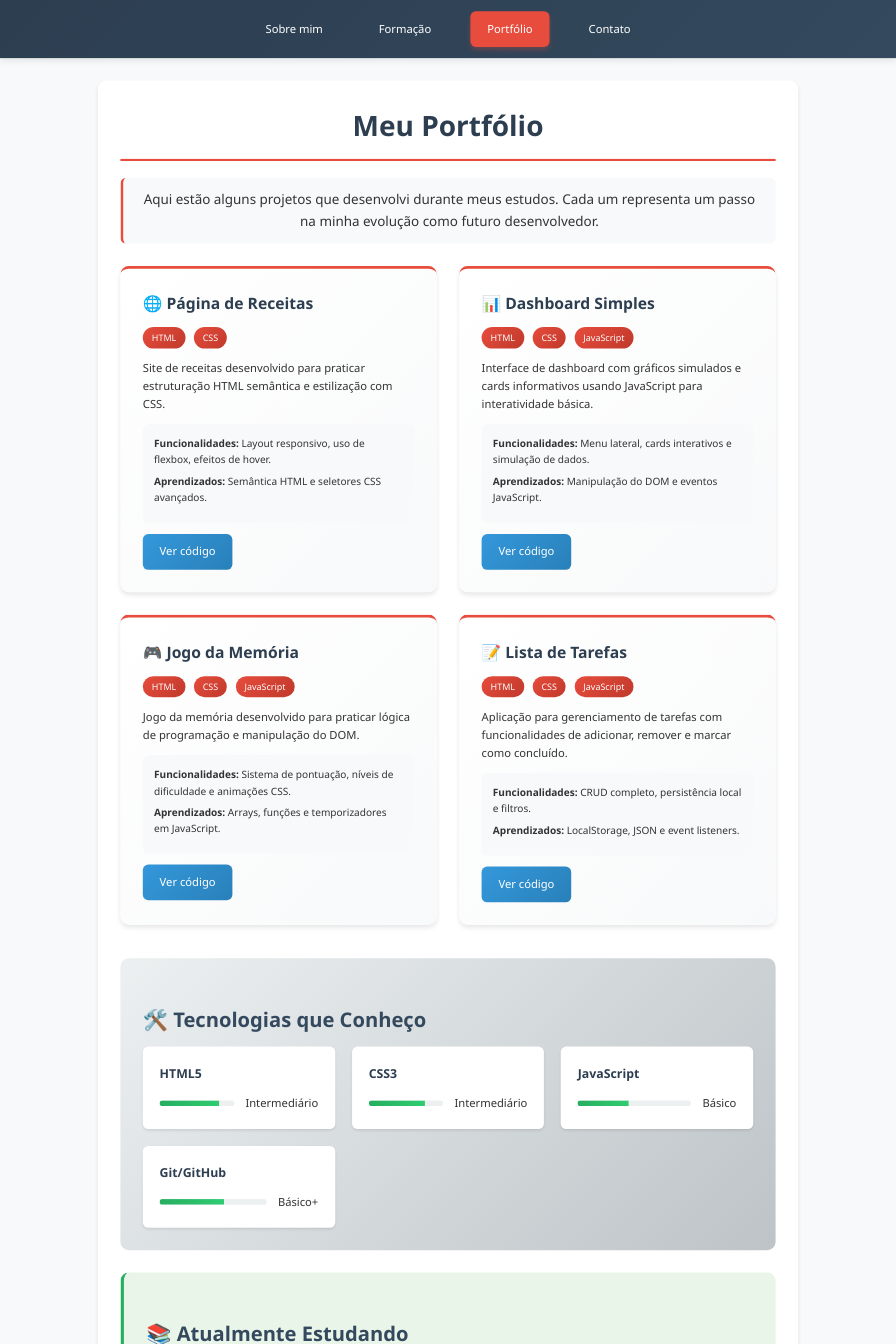
Repository: AnderHonorato/meu-portfolio
Page: portfolio.html
An editor plug-in stored every save of this project. The page is shown before and after the next save, followed by the edit.
The browser window is 1280 px wide. The pictures show the part of the page from y = 0 to 1920 px (the page is 2245 px tall before and 2876 px after), at 70% of full size.

Above is the page before, as saved 2025-08-26 20:17:13.

### portfolio.html
<!DOCTYPE html>
<html lang="pt-br">
<head>
    <meta charset="UTF-8">
    <meta name="viewport" content="width=device-width, initial-scale=1.0">
    <title>Portfólio - Ander Honorato</title>
    <link rel="stylesheet" href="css/style.css">
</head>
<body>
    <!-- MENU -->
    <nav class="menu">
        <ul>
            <li><a href="index.html">Sobre mim</a></li>
            <li><a href="formacao.html">Formação</a></li>
            <li><a href="portfolio.html" class="ativo">Portfólio</a></li>
            <li><a href="contato.html">Contato</a></li>
        </ul>
    </nav>

    <!-- CONTEÚDO ESPECÍFICO DA PÁGINA DE PORTFÓLIO -->
    <main class="conteudo">
        <h1>Meu Portfólio</h1>

        <p class="intro-portfolio">Aqui estão alguns projetos que desenvolvi durante meus estudos. Cada um representa um passo na minha evolução como futuro desenvolvedor.</p>

        <!-- GRID DE PROJETOS -->
        <div class="projetos-grid">
            <div class="projeto-item">
                <h3>🌐 Página de Receitas</h3>
                <div class="tags-projeto">
                    <span class="tag">HTML</span>
                    <span class="tag">CSS</span>
                </div>
                <p>Site de receitas desenvolvido para praticar estruturação HTML semântica e estilização com CSS.</p>
                <div class="projeto-detalhes">
                    <p><strong>Funcionalidades:</strong> Layout responsivo, uso de flexbox, efeitos de hover.</p>
                    <p><strong>Aprendizados:</strong> Semântica HTML e seletores CSS avançados.</p>
                </div>
                <a href="#" class="btn-projeto">Ver código</a>
            </div>

            <div class="projeto-item">
                <h3>📊 Dashboard Simples</h3>
                <div class="tags-projeto">
                    <span class="tag">HTML</span>
                    <span class="tag">CSS</span>
                    <span class="tag">JavaScript</span>
                </div>
                <p>Interface de dashboard com gráficos simulados e cards informativos usando JavaScript para interatividade básica.</p>
                <div class="projeto-detalhes">
                    <p><strong>Funcionalidades:</strong> Menu lateral, cards interativos e simulação de dados.</p>
                    <p><strong>Aprendizados:</strong> Manipulação do DOM e eventos JavaScript.</p>
                </div>
                <a href="#" class="btn-projeto">Ver código</a>
            </div>

            <div class="projeto-item">
                <h3>🎮 Jogo da Memória</h3>
                <div class="tags-projeto">
                    <span class="tag">HTML</span>
                    <span class="tag">CSS</span>
                    <span class="tag">JavaScript</span>
                </div>
                <p>Jogo da memória desenvolvido para praticar lógica de programação e manipulação do DOM.</p>
                <div class="projeto-detalhes">
                    <p><strong>Funcionalidades:</strong> Sistema de pontuação, níveis de dificuldade e animações CSS.</p>
                    <p><strong>Aprendizados:</strong> Arrays, funções e temporizadores em JavaScript.</p>
                </div>
                <a href="#" class="btn-projeto">Ver código</a>
            </div>

            <div class="projeto-item">
                <h3>📝 Lista de Tarefas</h3>
                <div class="tags-projeto">
                    <span class="tag">HTML</span>
                    <span class="tag">CSS</span>
                    <span class="tag">JavaScript</span>
                </div>
                <p>Aplicação para gerenciamento de tarefas com funcionalidades de adicionar, remover e marcar como concluído.</p>
                <div class="projeto-detalhes">
                    <p><strong>Funcionalidades:</strong> CRUD completo, persistência local e filtros.</p>
                    <p><strong>Aprendizados:</strong> LocalStorage, JSON e event listeners.</p>
                </div>
                <a href="#" class="btn-projeto">Ver código</a>
            </div>
        </div>

        <!-- SEÇÃO DE HABILIDADES TÉCNICAS -->
        <div class="habilidades-secao">
            <h2>🛠️ Tecnologias que Conheço</h2>
            <div class="habilidades-grid">
                <div class="habilidade-item">
                    <h4>HTML5</h4>
                    <div class="nivel-habilidade">
                        <div class="barra-habilidade">
                            <div class="progresso-habilidade" style="width: 80%"></div>
                        </div>
                        <span>Intermediário</span>
                    </div>
                </div>
                <div class="habilidade-item">
                    <h4>CSS3</h4>
                    <div class="nivel-habilidade">
                        <div class="barra-habilidade">
                            <div class="progresso-habilidade" style="width: 75%"></div>
                        </div>
                        <span>Intermediário</span>
                    </div>
                </div>
                <div class="habilidade-item">
                    <h4>JavaScript</h4>
                    <div class="nivel-habilidade">
                        <div class="barra-habilidade">
                            <div class="progresso-habilidade" style="width: 45%"></div>
                        </div>
                        <span>Básico</span>
                    </div>
                </div>
                <div class="habilidade-item">
                    <h4>Git/GitHub</h4>
                    <div class="nivel-habilidade">
                        <div class="barra-habilidade">
                            <div class="progresso-habilidade" style="width: 60%"></div>
                        </div>
                        <span>Básico+</span>
                    </div>
                </div>
            </div>
        </div>

        <!-- SEÇÃO DE ESTUDOS ATUAIS -->
        <div class="estudos-atuais">
            <h2>📚 Atualmente Estudando</h2>
            <ul class="lista-estudos">
                <li>🎯 Aprofundamento em JavaScript</li>
                <li>🎨 CSS Grid e Flexbox</li>
                <li>📱 Design responsivo e mobile-first</li>
                <li>🔧 Ferramentas de desenvolvimento (DevTools)</li>
                <li>🌐 Conceitos de API e consumo de dados</li>
            </ul>
        </div>
    </main>
</body>
</html>

### css/style.css
/* Reset básico e configurações globais */
* {
    margin: 0;
    padding: 0;
    box-sizing: border-box;
}

/* Configurações do corpo da página */
body {
    font-family: 'Segoe UI', Tahoma, Geneva, Verdana, sans-serif;
    line-height: 1.6;
    color: #333;
    background-color: #f8f9fa;
}

/* Menu de navegação - SEMPRE VISÍVEL */
.menu {
    background: linear-gradient(135deg, #2c3e50, #34495e);
    padding: 1rem 0;
    position: sticky; /* Menu fica fixo no topo ao rolar */
    top: 0;
    z-index: 1000; /* Garante que fica por cima de outros elementos */
    box-shadow: 0 2px 10px rgba(0,0,0,0.1);
}

.menu ul {
    list-style: none;
    display: flex;
    justify-content: center;
    gap: 2rem;
    max-width: 1200px;
    margin: 0 auto;
    padding: 0 1rem;
}

.menu a {
    color: white;
    text-decoration: none;
    padding: 0.8rem 1.5rem;
    border-radius: 8px;
    transition: all 0.3s ease;
    display: block;
    font-weight: 500;
}

.menu a:hover {
    background-color: rgba(255, 255, 255, 0.1);
    transform: translateY(-2px);
}

.menu a.ativo {
    background-color: #e74c3c;
    box-shadow: 0 4px 8px rgba(231, 76, 60, 0.3);
}

/* Conteúdo principal */
.conteudo {
    max-width: 1000px;
    margin: 2rem auto;
    padding: 0 1rem;
    background-color: white;
    border-radius: 12px;
    box-shadow: 0 4px 6px rgba(0,0,0,0.1);
    padding: 2rem;
}

.conteudo h1 {
    color: #2c3e50;
    margin-bottom: 1.5rem;
    text-align: center;
    font-size: 2.5rem;
    border-bottom: 3px solid #e74c3c;
    padding-bottom: 1rem;
}

.conteudo h2 {
    color: #34495e;
    margin: 2rem 0 1rem 0;
    font-size: 1.8rem;
}

/* === ESTILOS PÁGINA SOBRE MIM === */
.sobre-container {
    display: grid;
    grid-template-columns: 250px 1fr;
    gap: 2rem;
    margin-top: 2rem;
}

.foto-perfil {
    text-align: center;
}

.placeholder-foto {
    width: 200px;
    height: 200px;
    border-radius: 50%;
    background: linear-gradient(135deg, #e74c3c, #c0392b);
    display: flex;
    align-items: center;
    justify-content: center;
    color: white;
    font-weight: bold;
    margin: 0 auto;
    box-shadow: 0 8px 16px rgba(231, 76, 60, 0.3);
}

.foto-perfil img {
    width: 200px;
    height: 200px;
    border-radius: 50%;
    object-fit: cover;
    box-shadow: 0 8px 16px rgba(0,0,0,0.2);
}

.texto-sobre {
    flex: 1;
}

.texto-sobre p {
    margin-bottom: 1rem;
    text-align: justify;
    font-size: 1.1rem;
}

.lista-hobbies {
    list-style: none;
    margin: 1rem 0;
}

.lista-hobbies li {
    padding: 0.5rem 0;
    font-size: 1.1rem;
    border-bottom: 1px solid #eee;
    transition: all 0.3s ease;
}

.lista-hobbies li:hover {
    background-color: #f8f9fa;
    padding-left: 1rem;
    border-left: 4px solid #e74c3c;
}

.info-adicional {
    margin-top: 3rem;
    padding: 2rem;
    background: linear-gradient(135deg, #ecf0f1, #bdc3c7);
    border-radius: 12px;
}

/* === ESTILOS PÁGINA FORMAÇÃO === */
.formacao-secao {
    margin-bottom: 3rem;
}

.item-formacao {
    background: linear-gradient(135deg, #f8f9fa, #e9ecef);
    padding: 2rem;
    border-radius: 12px;
    margin-bottom: 1.5rem;
    border-left: 5px solid #e74c3c;
    transition: transform 0.3s ease;
}

.item-formacao:hover {
    transform: translateY(-5px);
    box-shadow: 0 8px 16px rgba(0,0,0,0.1);
}

.item-formacao h3 {
    color: #2c3e50;
    margin-bottom: 1rem;
    font-size: 1.3rem;
}

.item-formacao p {
    margin-bottom: 0.5rem;
}

.lista-idiomas {
    list-style: none;
}

.lista-idiomas li {
    padding: 1rem 0;
    border-bottom: 1px solid #ddd;
}

.lista-idiomas li:last-child {
    border-bottom: none;
}

.nivel-idioma {
    margin-top: 0.5rem;
}

.barra-progresso {
    width: 100%;
    height: 8px;
    background-color: #ecf0f1;
    border-radius: 4px;
    overflow: hidden;
    margin: 0.5rem 0;
}

.progresso {
    height: 100%;
    background: linear-gradient(90deg, #e74c3c, #c0392b);
    transition: width 0.3s ease;
}

.descricao-nivel {
    font-size: 0.9rem;
    color: #7f8c8d;
    font-style: italic;
}

.proximos-estudos ul {
    list-style: none;
    display: grid;
    grid-template-columns: repeat(auto-fit, minmax(250px, 1fr));
    gap: 1rem;
}

.proximos-estudos li {
    background-color: #fff3cd;
    padding: 1rem;
    border-radius: 8px;
    border-left: 4px solid #ffc107;
    font-weight: 500;
}

/* === ESTILOS PÁGINA PORTFÓLIO === */
.intro-portfolio {
    text-align: center;
    font-size: 1.2rem;
    margin-bottom: 2rem;
    padding: 1rem;
    background-color: #f8f9fa;
    border-radius: 8px;
    border-left: 4px solid #e74c3c;
}

.projetos-grid {
    display: grid;
    grid-template-columns: repeat(auto-fit, minmax(350px, 1fr));
    gap: 2rem;
    margin-bottom: 3rem;
}

.projeto-item {
    background: linear-gradient(135deg, #ffffff, #f8f9fa);
    padding: 2rem;
    border-radius: 12px;
    box-shadow: 0 4px 8px rgba(0,0,0,0.1);
    transition: all 0.3s ease;
    border-top: 4px solid #e74c3c;
}

.projeto-item:hover {
    transform: translateY(-8px);
    box-shadow: 0 12px 24px rgba(0,0,0,0.15);
}

.projeto-item h3 {
    color: #2c3e50;
    margin-bottom: 1rem;
    font-size: 1.4rem;
}

.tags-projeto {
    margin-bottom: 1rem;
}

.tag {
    display: inline-block;
    background: linear-gradient(135deg, #e74c3c, #c0392b);
    color: white;
    padding: 0.3rem 0.8rem;
    border-radius: 20px;
    font-size: 0.8rem;
    margin-right: 0.5rem;
    font-weight: 500;
}

.projeto-detalhes {
    margin: 1rem 0;
    padding: 1rem;
    background-color: #f8f9fa;
    border-radius: 8px;
}

.projeto-detalhes p {
    margin-bottom: 0.5rem;
    font-size: 0.9rem;
}

.btn-projeto {
    display: inline-block;
    background: linear-gradient(135deg, #3498db, #2980b9);
    color: white;
    padding: 0.8rem 1.5rem;
    text-decoration: none;
    border-radius: 8px;
    transition: all 0.3s ease;
    font-weight: 500;
}

.btn-projeto:hover {
    transform: translateY(-2px);
    box-shadow: 0 4px 8px rgba(52, 152, 219, 0.3);
}

/* Habilidades técnicas */
.habilidades-secao {
    margin-top: 3rem;
    padding: 2rem;
    background: linear-gradient(135deg, #ecf0f1, #bdc3c7);
    border-radius: 12px;
}

.habilidades-grid {
    display: grid;
    grid-template-columns: repeat(auto-fit, minmax(250px, 1fr));
    gap: 1.5rem;
    margin-top: 1rem;
}

.habilidade-item {
    background-color: white;
    padding: 1.5rem;
    border-radius: 8px;
    box-shadow: 0 2px 4px rgba(0,0,0,0.1);
}

.habilidade-item h4 {
    color: #2c3e50;
    margin-bottom: 1rem;
    font-size: 1.1rem;
}

.nivel-habilidade {
    display: flex;
    align-items: center;
    gap: 1rem;
}

.barra-habilidade {
    flex: 1;
    height: 8px;
    background-color: #ecf0f1;
    border-radius: 4px;
    overflow: hidden;
}

.progresso-habilidade {
    height: 100%;
    background: linear-gradient(90deg, #27ae60, #2ecc71);
    transition: width 0.3s ease;
}

.estudos-atuais {
    margin-top: 2rem;
    padding: 2rem;
    background-color: #e8f5e8;
    border-radius: 12px;
    border-left: 5px solid #27ae60;
}

.lista-estudos {
    list-style: none;
    display: grid;
    grid-template-columns: repeat(auto-fit, minmax(300px, 1fr));
    gap: 1rem;
}

.lista-estudos li {
    padding: 1rem;
    background-color: white;
    border-radius: 8px;
    box-shadow: 0 2px 4px rgba(0,0,0,0.1);
    transition: transform 0.3s ease;
}

.lista-estudos li:hover {
    transform: translateX(10px);
}

/* === ESTILOS PÁGINA CONTATO === */
.intro-contato {
    text-align: center;
    font-size: 1.2rem;
    margin-bottom: 2rem;
    padding: 1rem;
    background: linear-gradient(135deg, #d4edda, #c3e6cb);
    border-radius: 8px;
    border-left: 4px solid #28a745;
}

.contato-container {
    display: grid;
    grid-template-columns: 2fr 1fr;
    gap: 3rem;
    margin-top: 2rem;
}

.formulario-contato {
    background-color: #f8f9fa;
    padding: 2rem;
    border-radius: 12px;
    box-shadow: 0 4px 8px rgba(0,0,0,0.1);
}

.formulario-contato h2 {
    color: #2c3e50;
    margin-bottom: 1.5rem;
    text-align: center;
}

.form-contato {
    display: flex;
    flex-direction: column;
    gap: 1.5rem;
}

.campo {
    display: flex;
    flex-direction: column;
}

.campo.checkbox {
    flex-direction: row;
    align-items: center;
    gap: 0.5rem;
}

.campo.checkbox input {
    width: auto;
}

.campo label {
    margin-bottom: 0.5rem;
    font-weight: 600;
    color: #2c3e50;
}

.campo input,
.campo textarea,
.campo select {
    padding: 0.8rem;
    border: 2px solid #ddd;
    border-radius: 8px;
    font-size: 1rem;
    transition: border-color 0.3s ease;
    font-family: inherit;
}

.campo input:focus,
.campo textarea:focus,
.campo select:focus {
    outline: none;
    border-color: #e74c3c;
    box-shadow: 0 0 0 3px rgba(231, 76, 60, 0.1);
}

.btn-enviar {
    background: linear-gradient(135deg, #e74c3c, #c0392b);
    color: white;
    padding: 1rem 2rem;
    border: none;
    border-radius: 8px;
    cursor: pointer;
    font-size: 1.1rem;
    font-weight: 600;
    transition: all 0.3s ease;
}

.btn-enviar:hover {
    transform: translateY(-2px);
    box-shadow: 0 4px 8px rgba(231, 76, 60, 0.3);
}

.mensagem-retorno {
    margin-top: 1rem;
    padding: 1rem;
    background-color: #d4edda;
    border: 1px solid #c3e6cb;
    border-radius: 8px;
    color: #155724;
    text-align: center;
    font-weight: 500;
}

/* Informações de contato */
.info-contato {
    background-color: white;
    padding: 2rem;
    border-radius: 12px;
    box-shadow: 0 4px 8px rgba(0,0,0,0.1);
    height: fit-content;
}

.info-contato h2 {
    color: #2c3e50;
    margin-bottom: 1.5rem;
    text-align: center;
}

.contato-item {
    margin-bottom: 2rem;
    padding: 1rem;
    background-color: #f8f9fa;
    border-radius: 8px;
    border-left: 4px solid #3498db;
}

.contato-item h3 {
    color: #2c3e50;
    margin-bottom: 0.5rem;
    font-size: 1.1rem;
}

.contato-item p {
    font-weight: 600;
    color: #34495e;
    margin-bottom: 0.3rem;
}

.contato-item small {
    color: #7f8c8d;
    font-style: italic;
}

.disponibilidade {
    padding: 1rem;
    background: linear-gradient(135deg, #fff3cd, #ffeaa7);
    border-radius: 8px;
    border-left: 4px solid #ffc107;
}

.disponibilidade h3 {
    color: #2c3e50;
    margin-bottom: 1rem;
}

.disponibilidade ul {
    list-style: none;
}

.disponibilidade li {
    padding: 0.3rem 0;
    color: #856404;
}

/* Dicas de contato */
.dicas-contato {
    margin-top: 3rem;
    padding: 2rem;
    background: linear-gradient(135deg, #e8f4fd, #d1ecf1);
    border-radius: 12px;
}

.dicas-grid {
    display: grid;
    grid-template-columns: repeat(auto-fit, minmax(250px, 1fr));
    gap: 1.5rem;
    margin-top: 1rem;
}

.dica-item {
    background-color: white;
    padding: 1.5rem;
    border-radius: 8px;
    box-shadow: 0 2px 4px rgba(0,0,0,0.1);
    transition: transform 0.3s ease;
}

.dica-item:hover {
    transform: translateY(-5px);
}

.dica-item h4 {
    color: #2c3e50;
    margin-bottom: 1rem;
}

.dica-item p {
    color: #34495e;
    font-size: 0.9rem;
}

/* === RESPONSIVIDADE === */
@media (max-width: 768px) {
    /* Menu responsivo */
    .menu ul {
        flex-wrap: wrap;
        gap: 0.5rem;
        justify-content: center;
    }

    .menu a {
        padding: 0.6rem 1rem;
        font-size: 0.9rem;
    }

    /* Conteúdo */
    .conteudo {
        margin: 1rem;
        padding: 1.5rem;
    }

    .conteudo h1 {
        font-size: 2rem;
    }

    /* Sobre mim responsivo */
    .sobre-container {
        grid-template-columns: 1fr;
        text-align: center;
        gap: 1.5rem;
    }

    /* Formação responsiva */
    .item-formacao {
        padding: 1.5rem;
    }

    /* Portfólio responsivo */
    .projetos-grid {
        grid-template-columns: 1fr;
        gap: 1.5rem;
    }

    .habilidades-grid {
        grid-template-columns: 1fr;
    }

    /* Contato responsivo */
    .contato-container {
        grid-template-columns: 1fr;
        gap: 2rem;
    }

    .dicas-grid {
        grid-template-columns: 1fr;
    }
}

@media (max-width: 480px) {
    .conteudo {
        padding: 1rem;
    }

    .conteudo h1 {
        font-size: 1.8rem;
    }

    .menu ul {
        flex-direction: column;
        gap: 0.3rem;
    }

    .projeto-item,
    .item-formacao,
    .formulario-contato {
        padding: 1rem;
    }
}

/* Animações e efeitos especiais */
@keyframes slideInUp {
    from {
        opacity: 0;
        transform: translateY(30px);
    }
    to {
        opacity: 1;
        transform: translateY(0);
    }
}

.conteudo {
    animation: slideInUp 0.6s ease-out;
}

/* Scroll suave */
html {
    scroll-behavior: smooth;
}

After the next save:
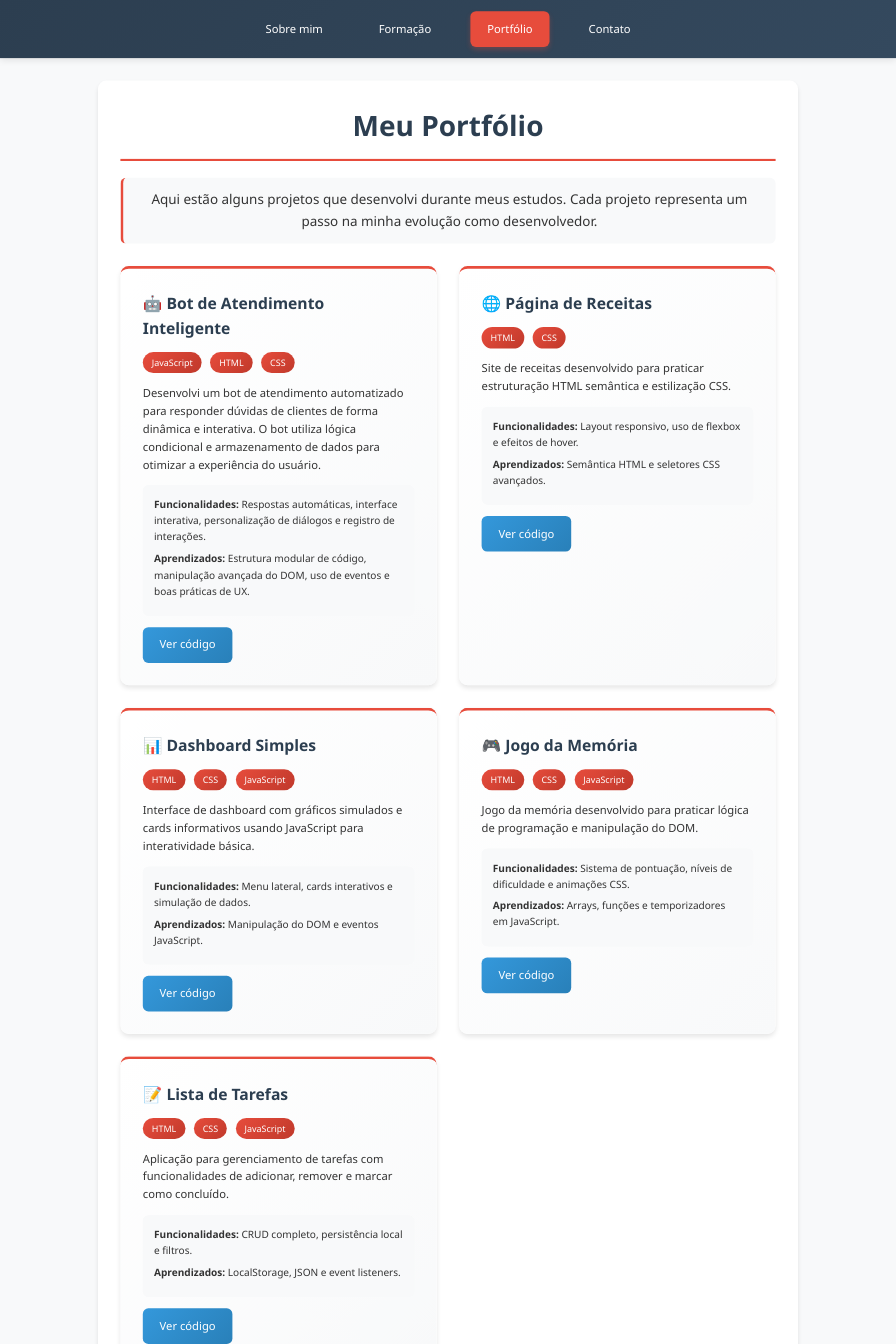
Saved 2 min 41 s later.
--- a/portfolio.html
+++ b/portfolio.html
@@ -7,7 +7,7 @@
     <link rel="stylesheet" href="css/style.css">
 </head>
 <body>
-    <!-- MENU -->
+    <!-- MENU DE NAVEGAÇÃO PADRÃO -->
     <nav class="menu">
         <ul>
             <li><a href="index.html">Sobre mim</a></li>
@@ -21,19 +21,37 @@
     <main class="conteudo">
         <h1>Meu Portfólio</h1>
 
-        <p class="intro-portfolio">Aqui estão alguns projetos que desenvolvi durante meus estudos. Cada um representa um passo na minha evolução como futuro desenvolvedor.</p>
+        <p class="intro-portfolio">Aqui estão alguns projetos que desenvolvi durante meus estudos. Cada projeto representa um passo na minha evolução como desenvolvedor.</p>
 
         <!-- GRID DE PROJETOS -->
         <div class="projetos-grid">
+
+            <!-- PROJETO DESTAQUE: BOT DE ATENDIMENTO -->
+            <div class="projeto-item destaque">
+                <h3>🤖 Bot de Atendimento Inteligente</h3>
+                <div class="tags-projeto">
+                    <span class="tag">JavaScript</span>
+                    <span class="tag">HTML</span>
+                    <span class="tag">CSS</span>
+                </div>
+                <p>Desenvolvi um bot de atendimento automatizado para responder dúvidas de clientes de forma dinâmica e interativa. O bot utiliza lógica condicional e armazenamento de dados para otimizar a experiência do usuário.</p>
+                <div class="projeto-detalhes">
+                    <p><strong>Funcionalidades:</strong> Respostas automáticas, interface interativa, personalização de diálogos e registro de interações.</p>
+                    <p><strong>Aprendizados:</strong> Estrutura modular de código, manipulação avançada do DOM, uso de eventos e boas práticas de UX.</p>
+                </div>
+                <a href="#" class="btn-projeto">Ver código</a>
+            </div>
+
+            <!-- PROJETOS ANTERIORES -->
             <div class="projeto-item">
                 <h3>🌐 Página de Receitas</h3>
                 <div class="tags-projeto">
                     <span class="tag">HTML</span>
                     <span class="tag">CSS</span>
                 </div>
-                <p>Site de receitas desenvolvido para praticar estruturação HTML semântica e estilização com CSS.</p>
+                <p>Site de receitas desenvolvido para praticar estruturação HTML semântica e estilização CSS.</p>
                 <div class="projeto-detalhes">
-                    <p><strong>Funcionalidades:</strong> Layout responsivo, uso de flexbox, efeitos de hover.</p>
+                    <p><strong>Funcionalidades:</strong> Layout responsivo, uso de flexbox e efeitos de hover.</p>
                     <p><strong>Aprendizados:</strong> Semântica HTML e seletores CSS avançados.</p>
                 </div>
                 <a href="#" class="btn-projeto">Ver código</a>
@@ -132,8 +150,8 @@
         <div class="estudos-atuais">
             <h2>📚 Atualmente Estudando</h2>
             <ul class="lista-estudos">
-                <li>🎯 Aprofundamento em JavaScript</li>
-                <li>🎨 CSS Grid e Flexbox</li>
+                <li>🎯 Aprofundamento em JavaScript ES6+</li>
+                <li>🎨 CSS Grid e Flexbox avançado</li>
                 <li>📱 Design responsivo e mobile-first</li>
                 <li>🔧 Ferramentas de desenvolvimento (DevTools)</li>
                 <li>🌐 Conceitos de API e consumo de dados</li>
